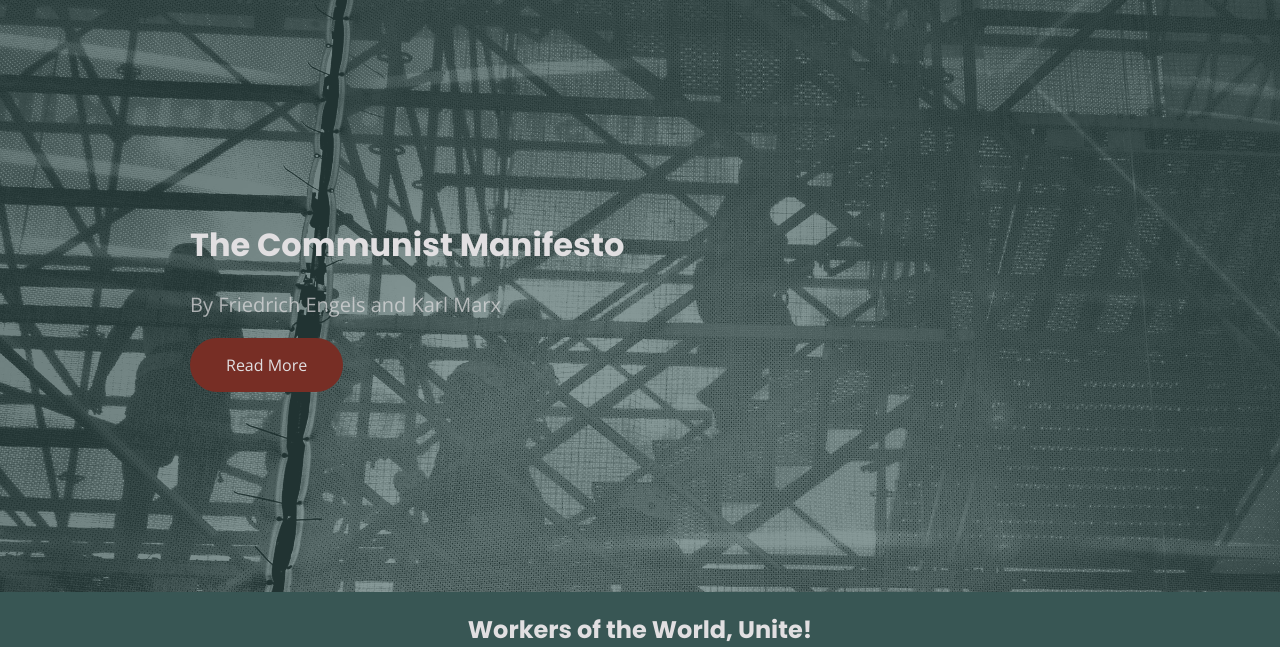
Repository: eaang/landing
Page: index.html
The author's editor kept a copy of each file at every save. The page is drawn from the files as they stood at one save, then again after the next save.
The browser window is 1280 px wide. The pictures show the part of the page from y = 0 to 647 px (the page is 1113 px tall).
A picture or video elsewhere on the page could not be fetched, so the positions and the page height are approximate. Some web libraries are served in a nearby version.

Above is the page before, as saved 2020-06-10 16:13:52.

After the next save:
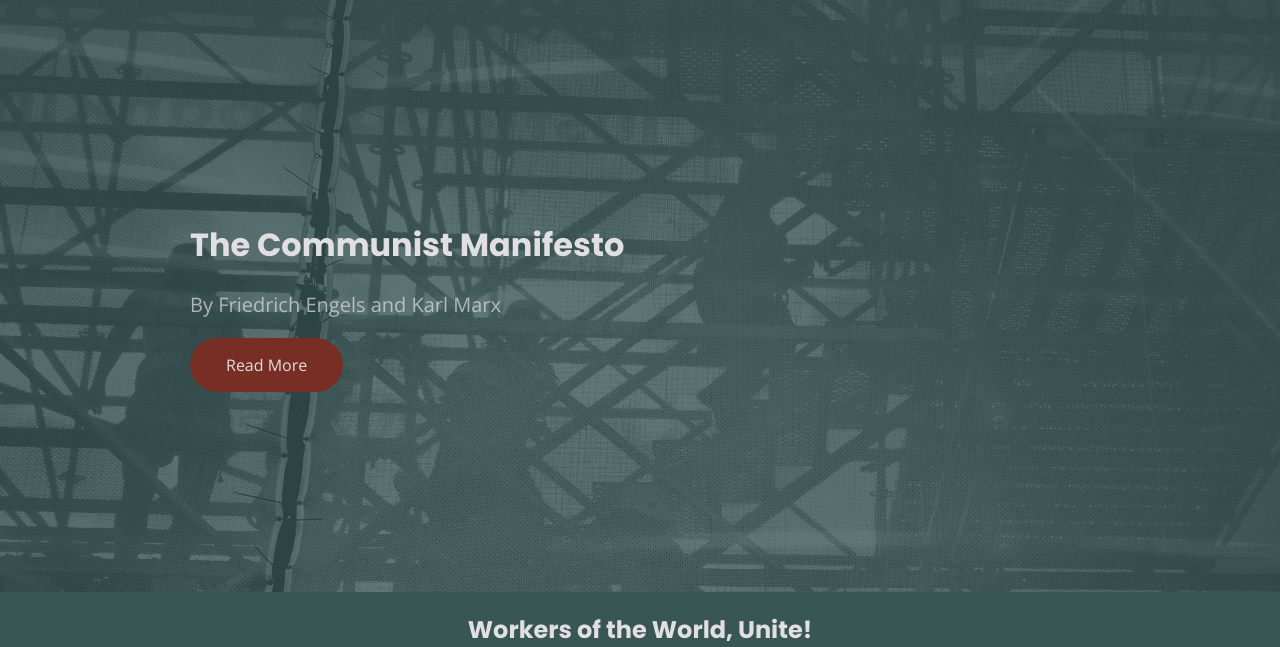
Saved 25 s later.
--- a/css/style.css
+++ b/css/style.css
@@ -39,7 +39,7 @@ a {
   width: 100%;
   height: 100%;
   z-index: 1;
-  opacity: 0.4;
+  opacity: 0.2;
   background-image: url("../images/background.jpg");
   background-repeat: no-repeat;
   background-position: 50% 0;
